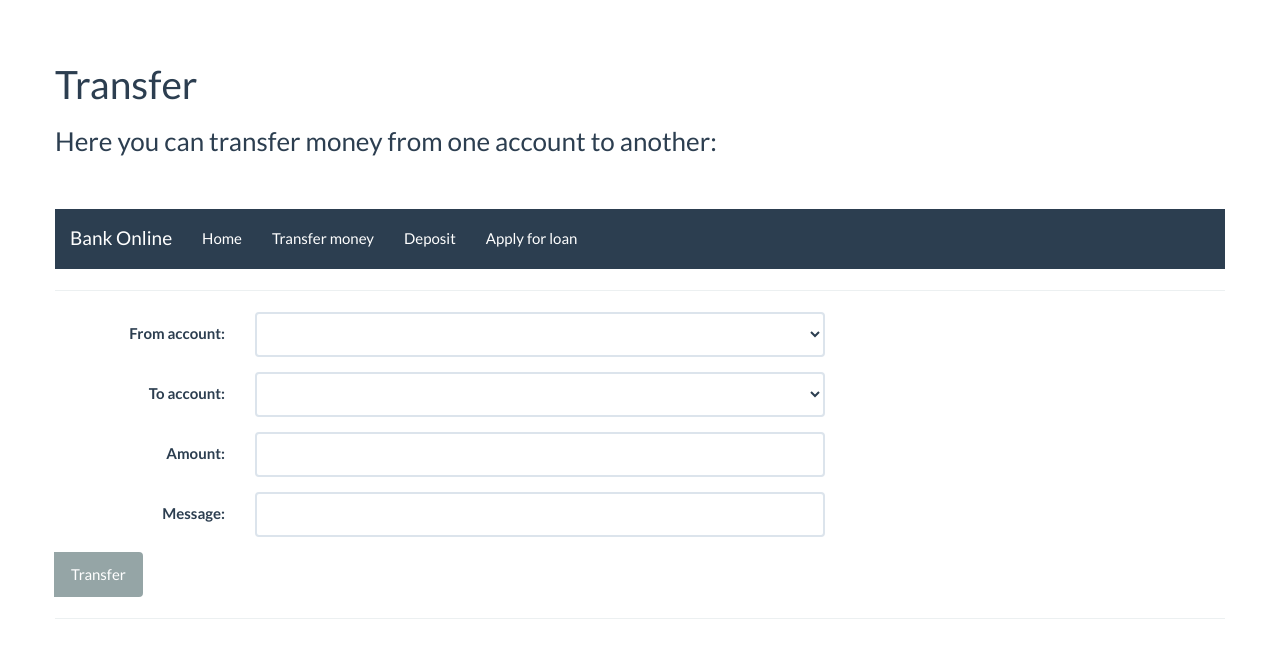
Repository: klitusas/SpringMVCBanking
Page: http://localhost/transfer
The author's editor kept a copy of each file at every save. The page is drawn from the files as they stood at one save, then again after the next save.
The browser window is 1280 px wide. The pictures show the whole page.
The page is this project's Thymeleaf template; nobody is signed in. The template is opened directly, without the code that normally fills it, so the values that code supplies are empty.

Above is the page before, as saved 2017-03-01 19:31:31.

After the next save:
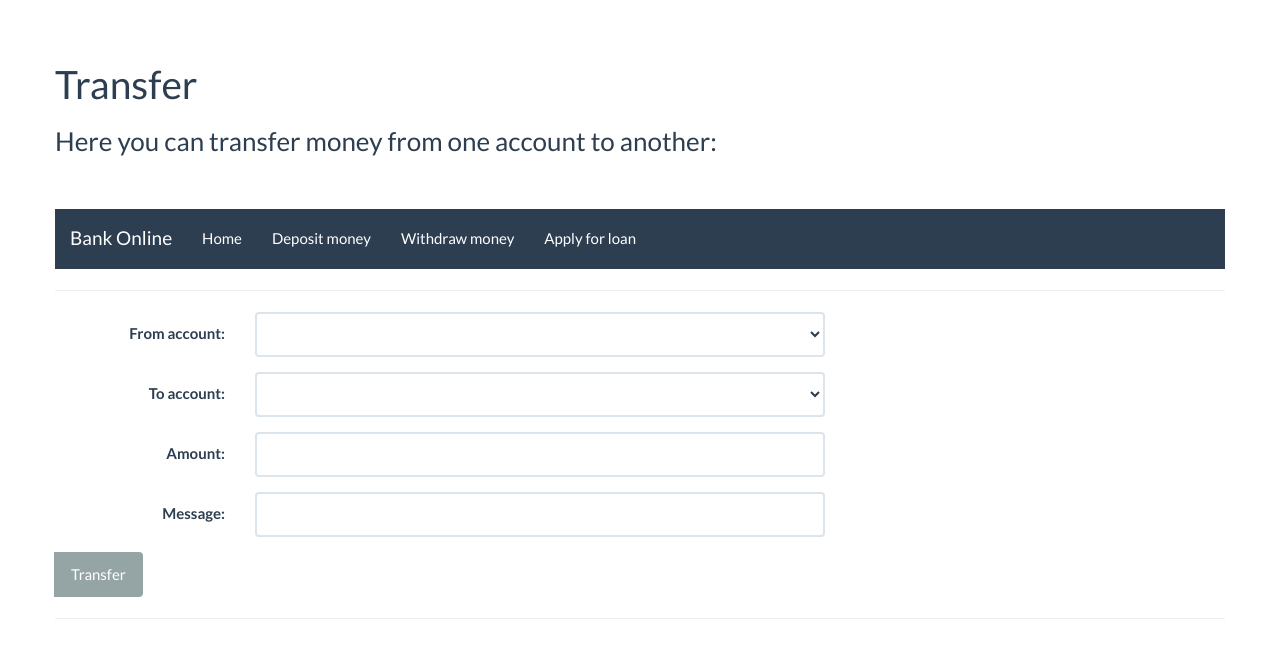
Saved 8 s later.
--- a/banking/src/main/resources/templates/transfer.html
+++ b/banking/src/main/resources/templates/transfer.html
@@ -22,8 +22,8 @@
 					    </div>
 					    <ul class="nav navbar-nav">
 					      <li><a th:href="@{/accounts}">Home</a></li>
-					      <li><a  th:href="@{/transfer}">Transfer money</a></li>
-					      <li><a th:href="@{/deposit}">Deposit</a></li>
+					      <li><a  th:href="@{/deposit}">Deposit money</a></li>
+					      <li><a href="#">Withdraw money</a></li>
 					      <li><a href="#">Apply for loan</a></li>
 					    </ul>
  				 </div>
